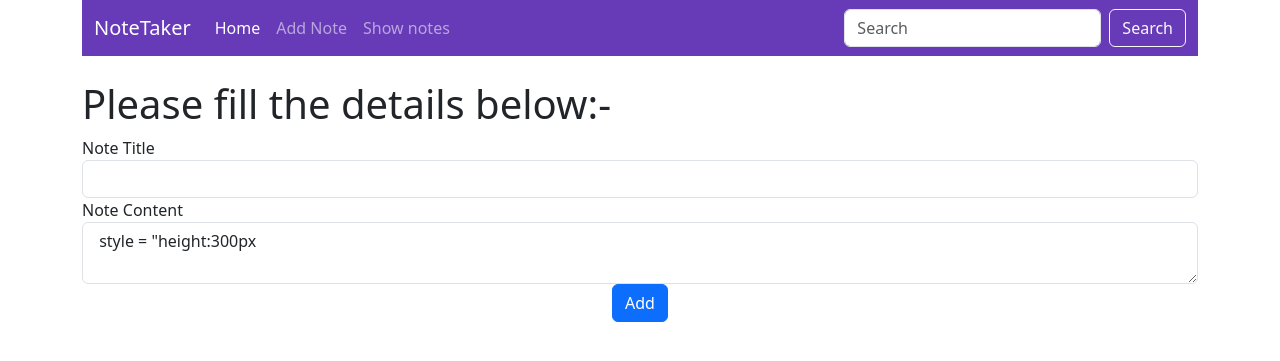
Repository: smritihbtu/Note-Maker
Page: http://localhost/NoteTaker/add_notes.jsp
These files come from the project's save history. The page is drawn as it stood at one moment and after the next save; the edit follows.
The browser window is 1280 px wide. The pictures show the whole page.
The page is served by Tomcat 9. Other server files are loaded and not shown.

Above is the page before, as saved 2023-08-20 07:04:20.

### NoteTaker/src/main/webapp/add_notes.jsp
<%@ page language="java" contentType="text/html; charset=ISO-8859-1"
    pageEncoding="ISO-8859-1"%>
<!DOCTYPE html>
<html>
<head>
<meta charset="ISO-8859-1">
<meta charset="utf-8">
    <meta name="viewport" content="width=device-width, initial-scale=1">
    <title>Bootstrap demo</title>
    <link rel="stylesheet" href="css/style.css" />
  <link href="https://cdn.jsdelivr.net/npm/bootstrap@5.3.1/dist/css/bootstrap.min.css" rel="stylesheet" integrity="sha384-4bw+/aepP/YC94hEpVNVgiZdgIC5+VKNBQNGCHeKRQN+PtmoHDEXuppvnDJzQIu9" crossorigin="anonymous">

<title>Insert title here</title>
</head>
<body>
<div class="container">
<%@include file="navbar.jsp" %>

<br>
<h1>Please fill the details below:-</h1>

<!-- form added  -->

<form action="SaveNoteServlet" method="post" >
  <div class="form-group">
    <label for="title" >Note Title</label>
    <input type="text" class="form-control" id="title" aria-describedby="emailHelp">

  </div>



  <div class="form-group">
    <label for="content" >Note Content</label>
    <textarea id="content" placeholder= "Enter your content"
    class="form-control"> style = "height:300px</textarea>
  </div>
  <div class="container text-center">
  <button type="submit" class="btn btn-primary">Add</button>
  </div>
</form>
</div>
</body>
</html>

### NoteTaker/src/main/webapp/navbar.jsp
<nav class="navbar navbar-expand-lg navbar-dark purple">
  <div class="container-fluid">
    <a class="navbar-brand" href="#">NoteTaker</a>
    <button class="navbar-toggler" type="button" data-bs-toggle="collapse" data-bs-target="#navbarSupportedContent" aria-controls="navbarSupportedContent" aria-expanded="false" aria-label="Toggle navigation">
      <span class="navbar-toggler-icon"></span>
    </button>
    <div class="collapse navbar-collapse" id="navbarSupportedContent">
      <ul class="navbar-nav me-auto mb-2 mb-lg-0">
        <li class="nav-item">
          <a class="nav-link active" aria-current="page" href="index.jsp">Home</a>
        </li>
        <li class="nav-item">
          <a class="nav-link" href="add_notes.jsp">Add Note</a>
        </li>

        <li class="nav-item">
          <a class="nav-link " href="all_notes.jsp">Show notes</a>
        </li>
      </ul>
      <form class="d-flex" role="search">
        <input class="form-control me-2" type="search" placeholder="Search" aria-label="Search">
        <button class="btn btn-outline-light" type="submit">Search</button>
      </form>
    </div>
  </div>
</nav>
</html>

### NoteTaker/src/main/webapp/css/style.css
.purple{
	background :#673ab7;
}
/* .container{
	background-color: red;
} */

After the next save:
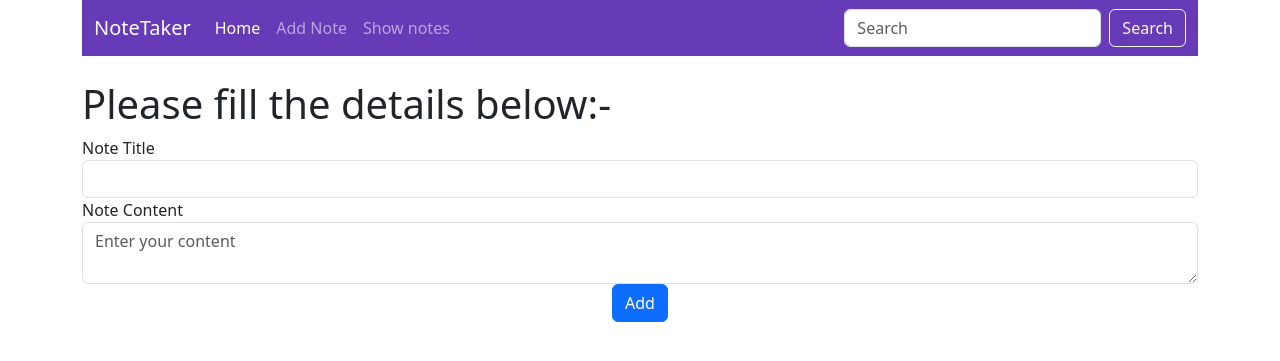
Saved 48 s later.
--- a/NoteTaker/src/main/webapp/add_notes.jsp
+++ b/NoteTaker/src/main/webapp/add_notes.jsp
@@ -33,7 +33,7 @@
   <div class="form-group">
     <label for="content" >Note Content</label>
     <textarea id="content" placeholder= "Enter your content"
-    class="form-control"> style = "height:300px</textarea>
+    class="form-control style = "height:300px"></textarea>
   </div>
   <div class="container text-center">
   <button type="submit" class="btn btn-primary">Add</button>
